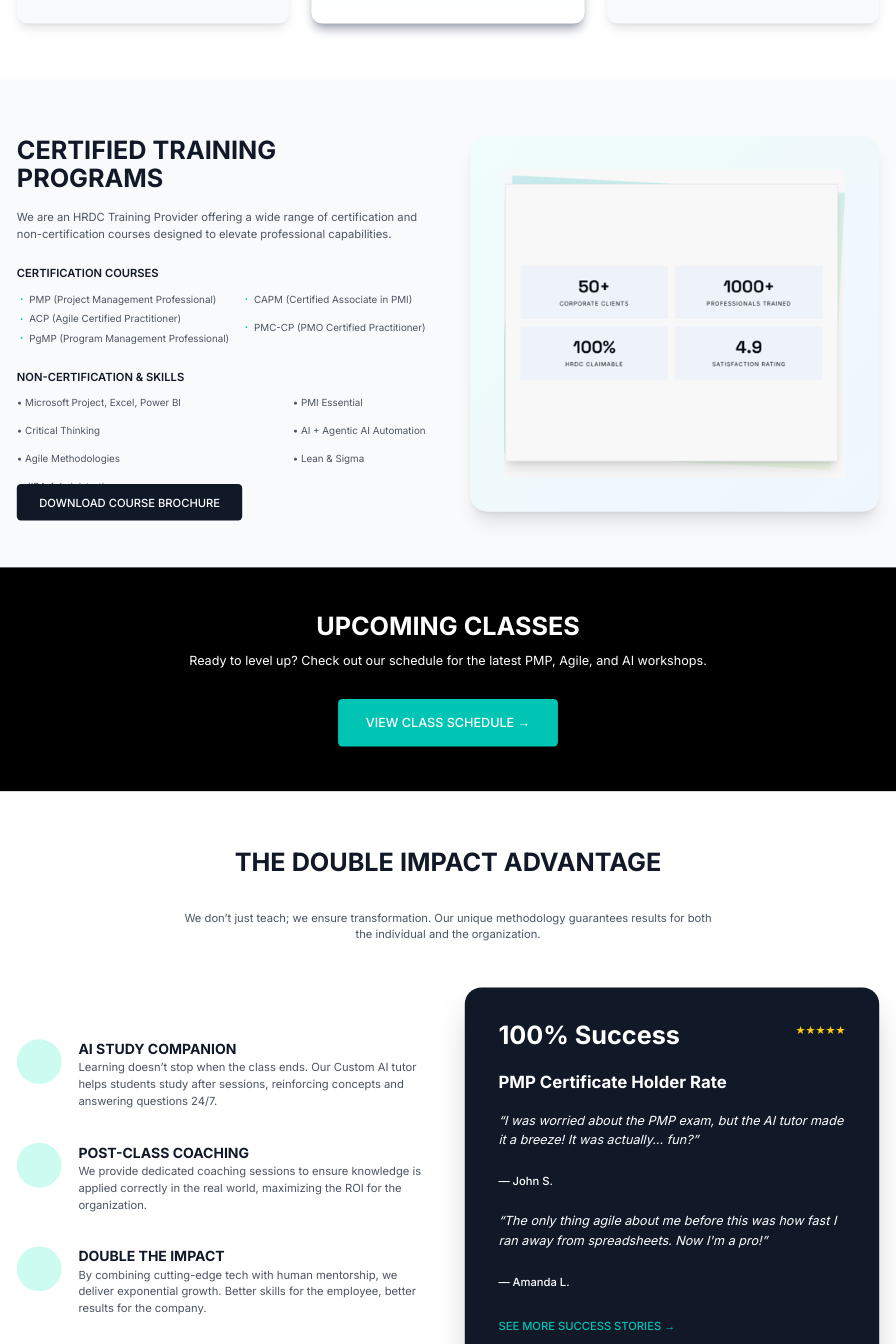
Repository: hsuntariq/web-pages
Page: impact/index.html
These files come from the project's save history. The page is drawn as it stood at one moment and after the next save; the edit follows.
The browser window is 1280 px wide. The pictures show the part of the page from y = 1252 to 3172 px (the page is 3906 px tall before and 3961 px after), at 70% of full size.
Some web libraries are served in a nearby version.

Above is the page before, as saved 2025-12-28 20:36:04.

After the next save:
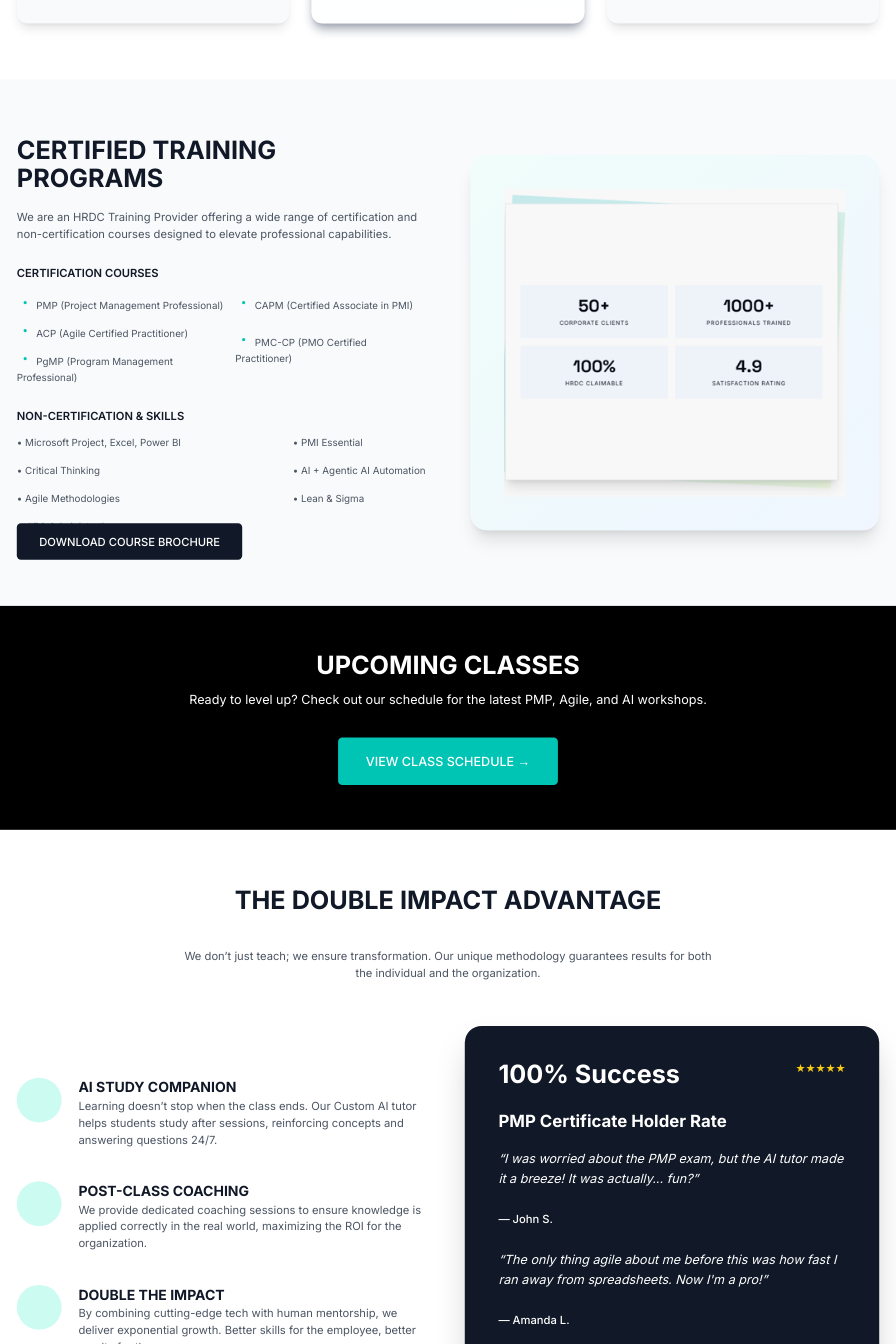
Saved 7 s later.
--- a/impact/index.html
+++ b/impact/index.html
@@ -226,26 +226,26 @@
                 <div class="flex justify-between text-sm">
                   <div class="flex flex-col gap-2">
                     <li>
-                      <i class="bi bi-dot text-primary"></i> PMP (Project
-                      Management Professional)
+                      <i class="bi bi-dot text-primary text-2xl"></i> PMP
+                      (Project Management Professional)
                     </li>
                     <li>
-                      <i class="bi bi-dot text-primary"></i> ACP (Agile
+                      <i class="bi bi-dot text-primary text-2xl"></i> ACP (Agile
                       Certified Practitioner)
                     </li>
                     <li>
-                      <i class="bi bi-dot text-primary"></i> PgMP (Program
-                      Management Professional)
+                      <i class="bi bi-dot text-primary text-2xl"></i> PgMP
+                      (Program Management Professional)
                     </li>
                   </div>
                   <div class="flex flex-col gap-5">
                     <li>
-                      <i class="bi bi-dot text-primary"></i> CAPM (Certified
-                      Associate in PMI)
+                      <i class="bi bi-dot text-primary text-2xl"></i> CAPM
+                      (Certified Associate in PMI)
                     </li>
                     <li>
-                      <i class="bi bi-dot text-primary"></i> PMC-CP (PMO
-                      Certified Practitioner)
+                      <i class="bi bi-dot text-primary text-2xl"></i> PMC-CP
+                      (PMO Certified Practitioner)
                     </li>
                   </div>
                 </div>
